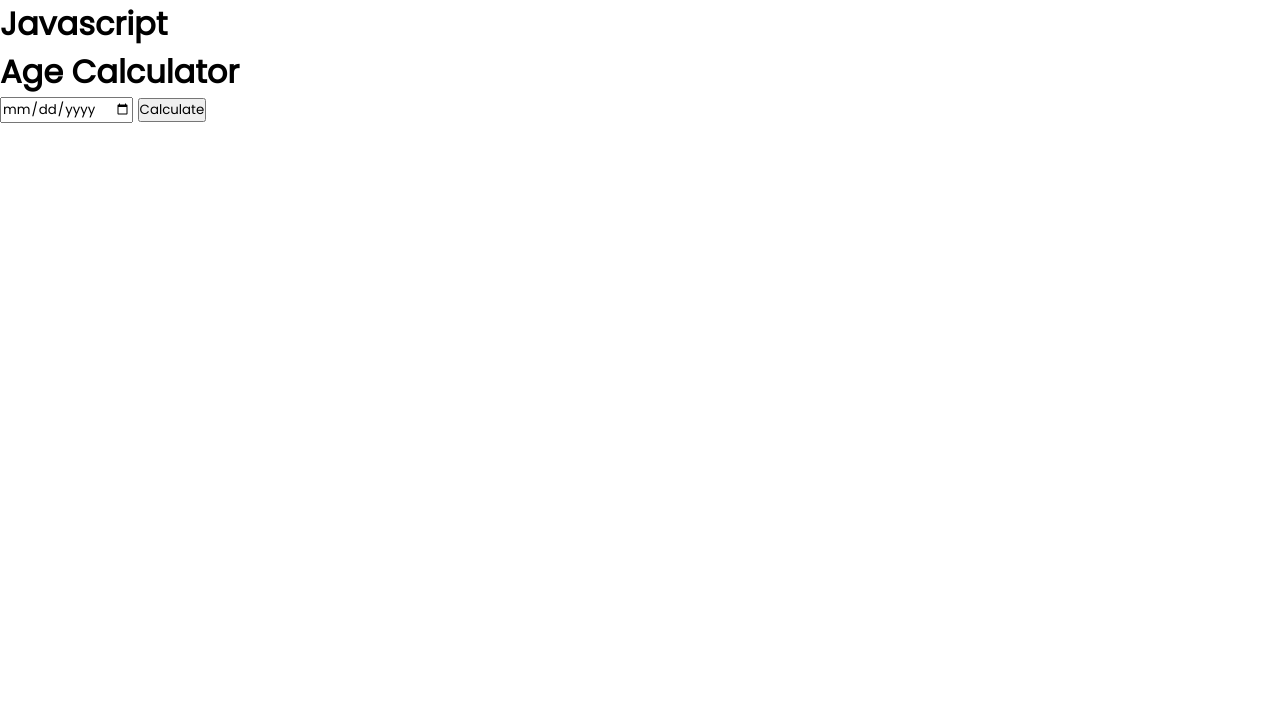
Repository: Ankitkr2021/Age-Calculator
Page: index.html
These files come from the project's save history. The page is drawn as it stood at one moment and after the next save; the edit follows.
The browser window is 1280 px wide. The pictures show the whole page.

Above is the page before, as saved 2025-10-05 10:19:56.

After the next save:
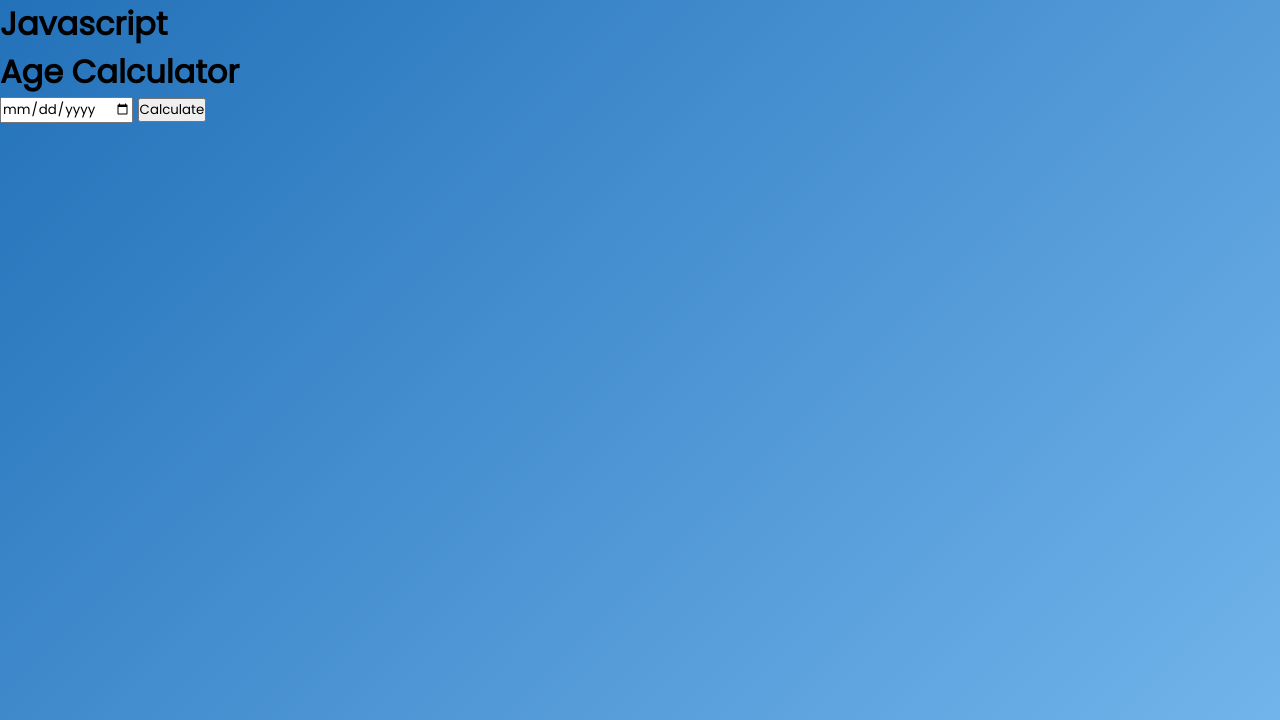
Saved 38 s later.
--- a/style.css
+++ b/style.css
@@ -10,4 +10,5 @@
 body{
     height: 100vh;
     width: 100%;
+    background: linear-gradient(135deg, rgb(35, 113, 185), rgb(113, 180, 235));
 }
